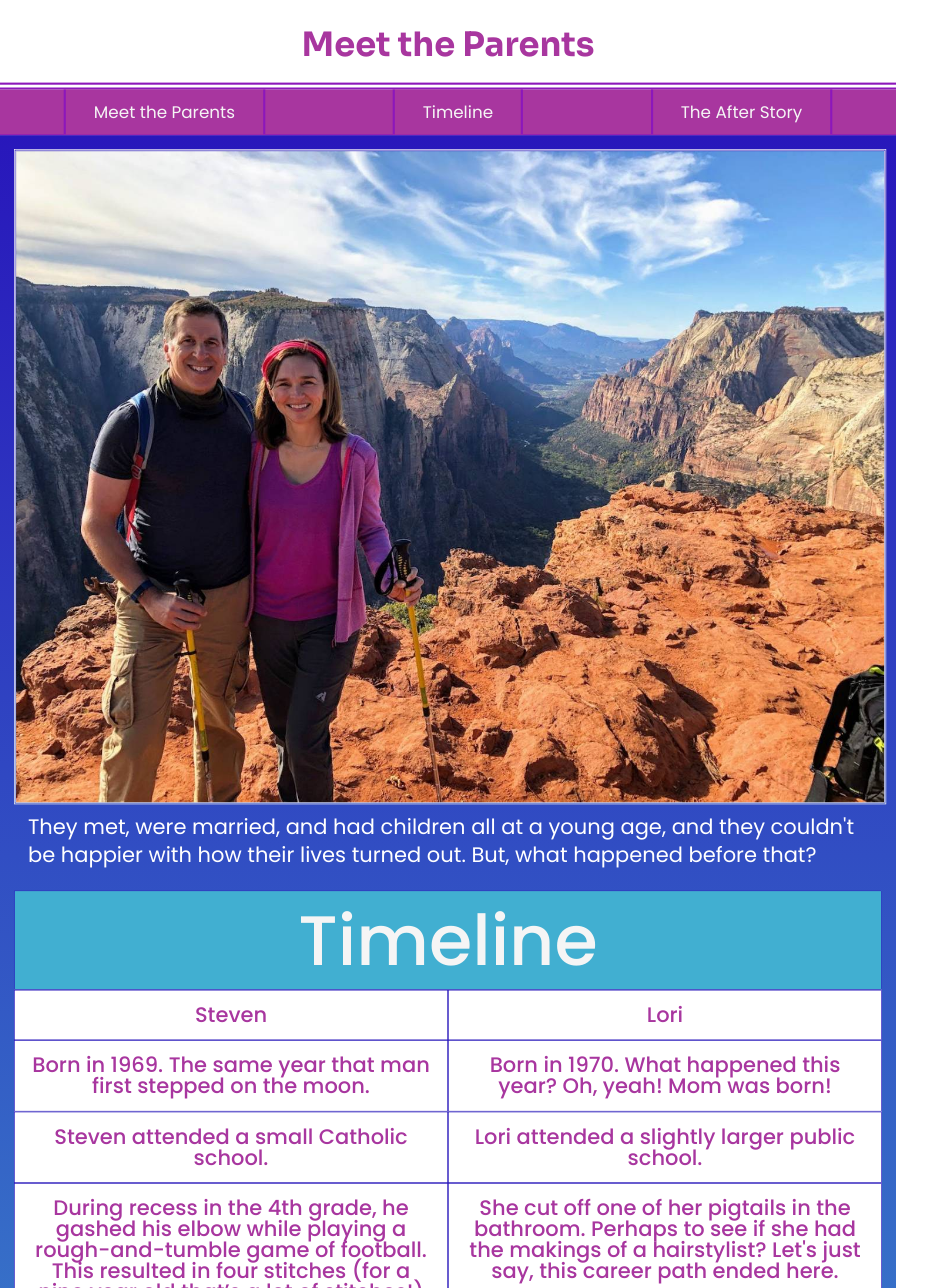
Repository: Sbethm/parents-tribute
Page: timeline.html
These files come from the project's save history. The page is drawn as it stood at one moment and after a run of saves; the edit follows.
The browser window is 1280 px wide. The page is 1282 px wide, then 1330 px, so the pictures cover 1330 px, including what lies to the right of the window. The pictures show the part of the page from y = 0 to 1840 px (the page is 3038 px tall before and 3138 px after), at 70% of full size.

Above is the page before, as saved 2021-02-15 09:41:07.

### timeline.html
<!DOCTYPE html>
<html>
    <head>
      <meta charset="UTF-8">
      <title>Meet the Parents</title>
      <meta name="description" content="A choose your own story adventure game">
      <meta name="viewport" content="width=device-width, initial-scale=1.0">
      <link rel="preconnect" href="https://fonts.gstatic.com">
      <link href="https://fonts.googleapis.com/css2?family=Poppins:ital,wght@0,400;0,500;0,600;0,700;0,800;0,900;1,400;1,500;1,600;1,700;1,800;1,900&family=Sora:wght@400;500;600;700;800&display=swap" rel="stylesheet"> <!--
        This is used for headings:
        font-family: 'Sora', sans-serif;
        This is used for content:
        font-family: 'Poppins', sans-serif;-->
      <link href="style.css" type="text/css" rel="stylesheet">
    </head>

    <body>

      <header>
        <h1>Meet the Parents</h1>
        <nav class="navigation">
          <a href="index.html">Meet the Parents</a>
          <a href="timeline.html">Timeline</a>
          <a href="aftermarriage.html">The After Story</a>
          </nav>
      </header>
      <main>
        <section>
            <img class="img-hiking"src="img/hiking.jpg" alt="Mom and dad enjoying a hike.">
            <p>They met, were married, and had children all at a young age, and they couldn't be happier with how their lives turned out. But, what happened before that?</p>
        </section>
        <div class="grid">
            <div class="grid-box tl">Timeline</div>
            <div class="grid-box dad">Steven</div>
            <div class="grid-box mom">Lori</div>
            <!---------Dad's Grid Boxes---------->
            <div class="grid-box f-1">Born in 1969. The same year that man  first stepped on the moon.</div>
            <div class="grid-box f-2">Steven attended a small Catholic school.</div>
            <div class="grid-box f-3">During recess in the 4th grade, he gashed his elbow while playing a rough-and-tumble game of football. This resulted in four stitches (for a nine year old that’s a lot of stitches!)</div>
            <div class="grid-box f-4">When he was thirteen, he camped in the backyard and stayed up all night.</div>
            <div class="grid-box f-5">He ran his first high school track meet, the 100 yard dash, and won third place. For the first track meet, that's not too shabby!</div>
            <div class="grid-box f-6">He was in a car accident, "not his fault", which lead to more stitches but this time in his forehead. Because of this, he had to sit out his senior year homecoming football game.</div>
            <div class="grid-box f-7">Having the lead role as Jesus during my high school senior year. It was the first annual Easter Passion play the school performed.</div>
            <div class="grid-box f-8">I remember a dream I had where I met a beautiful girl, at a homecoming dance, who I eventually married and we had two terrific kids who eventually married and gave me two more kids to enjoy time with.</div>
            <!---------Mom's Grid Boxes---------->
            <div class="grid-box m-1">Born in 1970. What happened this year? Oh, yeah! Mom was born!</div>
            <div class="grid-box m-2">Lori attended a slightly larger public school.</div>
            <div class="grid-box m-3">She cut off one of her pigtails in the bathroom. Perhaps to see if she had the makings of a hairstylist? Let's just say, this career path ended here.</div>
            <div class="grid-box m-4">She had skied half of a bunny slope when she realized this daredevil sport wasn't for her.</div>
            <div class="grid-box m-5">She performed the lead role in a junior high school play.</div>
            <div class="grid-box m-6">After a white knuckled horse ride in the Appalachians, she discovered that she was not meant to lead a life of adventure</div>
            <div class="grid-box m-7">made camps with her cousins in the Ritchie woods.</div>
            <div class="grid-box m-8">made camps with her cousins in the Ritchie woods.</div>
            <!--------After They Met Boxes------->
            <div class="grid-box fm-1">Met in ____ when Steven was 21 and Lori was 19 years old.</div>
            <div class="grid-box fm-2">At the age of 21, Lori gave birth to Sarah (me!).</div>
            <div class="grid-box fm-3">One year later (obviously not satisfied with their first child) Lori and Steven had their second child, a son named John.</div>
        </div>
      </main>
      <footer>
        <img class="icon" src="img/profile_icon.png" alt="profile icon">
        Sarah Moosa
        <br><br>
        <img class="icon" src="img/home_icon.png" alt="home icon">
        Meet the Parents
      </footer>
    </body>

</html>

### style.css
/*
html5doctor.com Reset Stylesheet
v1.6.1
Last Updated: 2010-09-17
Author: Richard Clark - http://richclarkdesign.com
Twitter: @rich_clark
*/

html, body, div, span, object, iframe,
h1, h2, h3, h4, h5, h6, p, blockquote, pre,
abbr, address, cite, code,
del, dfn, em, img, ins, kbd, q, samp,
small, strong, sub, sup, var,
b, i,
dl, dt, dd, ol, ul, li,
fieldset, form, label, legend,
table, caption, tbody, tfoot, thead, tr, th, td,
article, aside, canvas, details, figcaption, figure,
footer, header, hgroup, menu, nav, section, summary,
time, mark, audio, video {
    margin:0;
    padding:0;
    border:0;
    outline:0;
    font-size:100%;
    vertical-align:baseline;
    background:transparent;
}

body {
    line-height:1;
}

article,aside,details,figcaption,figure,
footer,header,hgroup,menu,nav,section {
    display:block;
}

nav ul {
    list-style:none;
}

blockquote, q {
    quotes:none;
}

blockquote:before, blockquote:after,
q:before, q:after {
    content:'';
    content:none;
}

a {
    margin:0;
    padding:0;
    font-size:100%;
    vertical-align:baseline;
    background:transparent;
}

/* change colours to suit your needs */
ins {
    background-color:#ff9;
    color:#000;
    text-decoration:none;
}

/* change colours to suit your needs */
mark {
    background-color:#ff9;
    color:#000;
    font-style:italic;
    font-weight:bold;
}

del {
    text-decoration: line-through;
}

abbr[title], dfn[title] {
    border-bottom:1px dotted;
    cursor:help;
}

table {
    border-collapse:collapse;
    border-spacing:0;
}

/* change border colour to suit your needs */
hr {
    display:block;
    height:1px;
    border:0;
    border-top:1px solid #cccccc;
    margin:1em 0;
    padding:0;
}

input, select {
    vertical-align:middle;
}

/* MY CODE BELOW */

body {
    width: 100vw;
    position: absolute;
}

main {
    width: calc(100vw - 40px);
    height: 100%;
    padding: 20px 20px;
    background-color: rgb(255, 255, 255);
}

header {
    width: 100vw;
    padding-top: 40px;
    color: rgb(168, 54, 159);
    background-color: rgb(255, 255, 255);
    display: flex;
    flex-direction: column;
    justify-content: center;
}

h1 {
    width: 100%;
    font-family: 'Sora', sans-serif;
    font-size: 3em;
    font-weight: 700;
    text-align: center;
    border-bottom: double 10px rgb(140, 23, 187);
    padding-bottom: 30px;
}

.navigation {
    width: 100%;
    background-color: rgb(168, 54, 159);
    text-align: center;
    border-bottom: solid 1px rgb(140, 23, 187);
    display: flex;
    flex-direction: row;
    justify-content: space-around;
}

a {
    padding: 20px 7px;
    background-color: rgb(168, 54, 159);
    font-family: 'Poppins', sans-serif;
    font-size: 1em;
    color: whitesmoke;
    text-decoration: none;
    border-left: solid 1px rgb(140, 23, 187);
    border-right: solid 1px rgb(140, 23, 187);
}

a:hover {
    background-color: wheat;
}

section {
    width: 100%;
    background-color: rgb(65, 175, 209);
    border: solid 1px rgb(40, 23, 187);
}

h2 {
    max-width: 100%;
    padding: 10px 20px;
    font-family: 'Sora', sans-serif;
    font-size: 1.5em;
    font-weight: 600;
    color: rgb(168, 54, 159);
}

.disney-adventure__img,
.img-sitting,
.img-hiking {
    max-width: 100%;
    height: auto;
    justify-content: center;
    align-content: center;
    border-top: solid 3px whitesmoke;
    border-bottom: solid 3px whitesmoke;
}

p {
    padding: 10px 20px;
    font-family: 'Poppins', sans-serif;
    font-size: 1em;
    line-height: 20px;
    color: rgb(255, 255, 255);
}

.grid {
    display: grid;
    margin: 20px 0;
    grid-template-columns: 1fr 1fr;
    grid-template-rows: repeat(13, fit-content);
    grid-template-areas:
        "tl tl"
        "dad mom"
        "f-1 m-1"
        "f-2 m-2"
        "f-3 m-3"
        "f-4 m-4"
        "f-5 m-5"
        "f-6 m-6"
        "f-7 m-7"
        "f-8 m-8"
        "fm-1 fm-1"
        "fm-2 fm-2"
        "fm-3 fm-3";
}

.grid-box {
    border: solid 1px rgb(40, 23, 187);
    background-color: rgb(255, 255, 255);
    padding: 5px;
    color: rgb(168, 54, 159);
    text-align: center;
    font-family: 'Poppins', sans-serif;
    font-weight: 500;
    font-size: 1em;
}

.tl {
    grid-area: tl;
    font-size: 1.5em;
    font-weight: 500;
    color: whitesmoke;
    background-color: rgb(65, 175, 209);
}
.dad {
    grid-area: dad;
}

.mom {
    grid-area: mom;
}

.f-1 {
    grid-area: f-1;
}

.f-2 {
    grid-area: f-2;

}

.f-3 {
    grid-area: f-3;

}

.f-4 {
    grid-area: f-4;

}

.f-5 {
    grid-area: f-5;

}

.f-6 {
    grid-area: f-6;

}

.f-7 {
    grid-area: f-7;

}

.f-8 {
    grid-area: f-8;

}

.m-1 {
    grid-area: m-1;
}

.m-2 {
    grid-area: m-2;
}

.m-3 {
    grid-area: m-3;
}

.m-4 {
    grid-area: m-4;
}

.m-5 {
    grid-area: m-5;
}

.m-6 {
    grid-area: m-6;
}

.m-7 {
    grid-area: m-7;
}

.m-8 {
    grid-area: m-8;
}

.fm-1 {
    grid-area: fm-1;
}

.fm-2 {
    grid-area: fm-2;
}

.fm-3 {
    grid-area: fm-3;
}

footer {
    width: calc(100vw - 40px);
    height: 100px;
    padding: 40px 20px 0 20px;
    position: relative;
    bottom: 0;
    font-family: 'Poppins', sans-serif;
    font-size: 1em;
    font-weight: 500;
    border: solid 1px rgb(40, 23, 187);
}

.icon {
    width: 20px;
    height: auto;
}


@media screen and (min-width: 700px) and (max-width: 899px) {

    main {

        background-image: linear-gradient(180deg, rgb(40, 23, 187), rgb(65, 175, 209));
    }

    a {
        padding: 20px 40px;
        font-size: 1.5em;
        border-left: solid 3px rgb(140, 23, 187);
        border-right: solid 3px rgb(140, 23, 187);
    }

    p {
        padding: 0;
        font-family: 'Poppins', sans-serif;
        font-size: 0.25em;
        line-height: 20px;
        color: rgb(255, 255, 255);
    }

    section {
        width: 100%;
        background-color: rgb(40, 23, 187, 0);
        border: none;
    }

    .section__intro {
        display: grid;
        grid-template-columns: 50% 50%;
        grid-template-rows: 100px 400px;
        grid-template-areas:
            "title p1"
            "picture p2";
    }

    section h2 {
        grid-area: title;
        align-self: center;
        justify-self: center;
    }

    h2 {
        font-size: 2.5em;
        color: rgb(243, 101, 231);
    }

    .img-sitting {
        max-height: 360px;
        margin-bottom: 20px;
        border: double 3px whitesmoke;
        grid-area: picture;
        justify-self: center;
        align-self: center;
    }

    .p1 {
        align-self: flex-start;
        grid-area: p2;
        font-size: 1.5em;
        padding-left: 40px;
    }

    .p2 {
        align-self: flex-end;
        grid-area: p2;
        font-size: 1.5em;
        padding-left: 40px;
        padding-bottom: 30px;
    }

    p {
        padding: 10px 20px;
        font-family: 'Poppins', sans-serif;
        font-size: 30px;
        line-height: 40px;
        color: rgb(255, 255, 255);
    }

/*TIMELINE CODE*/

.img-hiking {
    border: double 3px whitesmoke;
}

    .grid {
        display: grid;
        margin: 20px 0;
        grid-template-columns: 1fr 1fr;
        grid-template-rows: repeat(13, fit-content);
        grid-template-areas:
            "tl tl"
            "dad mom"
            "f-1 m-1"
            "f-2 m-2"
            "f-3 m-3"
            "f-4 m-4"
            "f-5 m-5"
            "f-6 m-6"
            "f-7 m-7"
            "f-8 m-8"
            "fm-1 fm-1"
            "fm-2 fm-2"
            "fm-3 fm-3";
    }

    .grid-box {
        border: solid 1px rgb(40, 23, 187);
        background-color: rgb(255, 255, 255);
        padding: 20px;
        color: rgb(168, 54, 159);
        text-align: center;
        font-family: 'Poppins', sans-serif;
        font-weight: 500;
        font-size: 30px;
    }

    .tl {
        grid-area: tl;
        font-size: 100px;
        font-weight: 500;
        color: whitesmoke;
        background-color: rgb(65, 175, 209);
    }
    .dad {
        grid-area: dad;
    }

    .mom {
        grid-area: mom;
    }

    .f-1 {
        grid-area: f-1;
    }

    .f-2 {
        grid-area: f-2;

    }

    .f-3 {
        grid-area: f-3;

    }

    .f-4 {
        grid-area: f-4;

    }

    .f-5 {
        grid-area: f-5;

    }

    .f-6 {
        grid-area: f-6;

    }

    .f-7 {
        grid-area: f-7;

    }

    .f-8 {
        grid-area: f-8;

    }

    .m-1 {
        grid-area: m-1;
    }

    .m-2 {
        grid-area: m-2;
    }

    .m-3 {
        grid-area: m-3;
    }

    .m-4 {
        grid-area: m-4;
    }

    .m-5 {
        grid-area: m-5;
    }

    .m-6 {
        grid-area: m-6;
    }

    .m-7 {
        grid-area: m-7;
    }

    .m-8 {
        grid-area: m-8;
    }

    .fm-1 {
        grid-area: fm-1;
    }

    .fm-2 {
        grid-area: fm-2;
    }

    .fm-3 {
        grid-area: fm-3;
    }

    footer {
        width: calc(100vw - 40px);
        height: 200px;
        padding: 40px 20px 0 20px;
        position: absolute;
        bottom: 0;
        font-family: 'Poppins', sans-serif;
        font-size: 1em;
        font-weight: 500;
        border: solid 1px rgb(40, 23, 187);
    }

    .icon {
        width: 40px;
        height: auto;
    }
}

@media screen and (min-width: 900px) and (max-width: 2000px) {

    main {
        margin: ;
        background-image: linear-gradient(180deg, rgb(40, 23, 187), rgb(65, 175, 209));
    }

    a {
        padding: 20px 40px;
        font-size: 1.5em;
        border-left: solid 3px rgb(140, 23, 187);
        border-right: solid 3px rgb(140, 23, 187);
    }

    p {
        padding: 0;
        font-family: 'Poppins', sans-serif;
        font-size: 0.25em;
        line-height: 20px;
        color: rgb(255, 255, 255);
    }

    section {
        width: 100%;
        background-color: rgb(40, 23, 187, 0);
        border: none;
    }

    .section__intro {
        display: grid;
        grid-template-columns: 50% 50%;
        grid-template-rows: 100px 400px;
        grid-template-areas:
            "title p1"
            "picture p2";
    }

    section h2 {
        grid-area: title;
        align-self: center;
        justify-self: center;
    }

    h2 {
        font-size: 2.5em;
        color: rgb(243, 101, 231);
    }

    .img-sitting {
        max-height: 360px;
        margin-bottom: 20px;
        border: double 3px whitesmoke;
        grid-area: picture;
        justify-self: center;
        align-self: center;
    }

    .p1 {
        align-self: flex-start;
        grid-area: p2;
        font-size: 1.5em;
        padding-left: 40px;
    }

    .p2 {
        align-self: flex-end;
        grid-area: p2;
        font-size: 1.5em;
        padding-left: 40px;
        padding-bottom: 30px;
    }

    p {
        padding: 10px 20px;
        font-family: 'Poppins', sans-serif;
        font-size: 30px;
        line-height: 40px;
        color: rgb(255, 255, 255);
    }

/*TIMELINE CODE*/

.img-hiking {
    border: double 3px whitesmoke;
}

    .grid {
        display: grid;
        margin: 20px 0;
        grid-template-columns: 1fr 1fr;
        grid-template-rows: repeat(13, fit-content);
        grid-template-areas:
            "tl tl"
            "dad mom"
            "f-1 m-1"
            "f-2 m-2"
            "f-3 m-3"
            "f-4 m-4"
            "f-5 m-5"
            "f-6 m-6"
            "f-7 m-7"
            "f-8 m-8"
            "fm-1 fm-1"
            "fm-2 fm-2"
            "fm-3 fm-3";
    }

    .grid-box {
        border: solid 1px rgb(40, 23, 187);
        background-color: rgb(255, 255, 255);
        padding: 20px;
        color: rgb(168, 54, 159);
        text-align: center;
        font-family: 'Poppins', sans-serif;
        font-weight: 500;
        font-size: 30px;
    }

    .tl {
        grid-area: tl;
        font-size: 100px;
        font-weight: 500;
        color: whitesmoke;
        background-color: rgb(65, 175, 209);
    }
    .dad {
        grid-area: dad;
    }

    .mom {
        grid-area: mom;
    }

    .f-1 {
        grid-area: f-1;
    }

    .f-2 {
        grid-area: f-2;

    }

    .f-3 {
        grid-area: f-3;

    }

    .f-4 {
        grid-area: f-4;

    }

    .f-5 {
        grid-area: f-5;

    }

    .f-6 {
        grid-area: f-6;

    }

    .f-7 {
        grid-area: f-7;

    }

    .f-8 {
        grid-area: f-8;

    }

    .m-1 {
        grid-area: m-1;
    }

    .m-2 {
        grid-area: m-2;
    }

    .m-3 {
        grid-area: m-3;
    }

    .m-4 {
        grid-area: m-4;
    }

    .m-5 {
        grid-area: m-5;
    }

    .m-6 {
        grid-area: m-6;
    }

    .m-7 {
        grid-area: m-7;
    }

    .m-8 {
        grid-area: m-8;
    }

    .fm-1 {
        grid-area: fm-1;
    }

    .fm-2 {
        grid-area: fm-2;
    }

    .fm-3 {
        grid-area: fm-3;
    }

    footer {
        width: calc(100vw - 40px);
        height: 200px;
        padding: 40px 20px 0 20px;
        position: absolute;
        bottom: 0;
        font-family: 'Poppins', sans-serif;
        font-size: 1em;
        font-weight: 500;
        border: solid 1px rgb(40, 23, 187);
    }

    .icon {
        width: 40px;
        height: auto;
    }
}

After the next 3 saves:
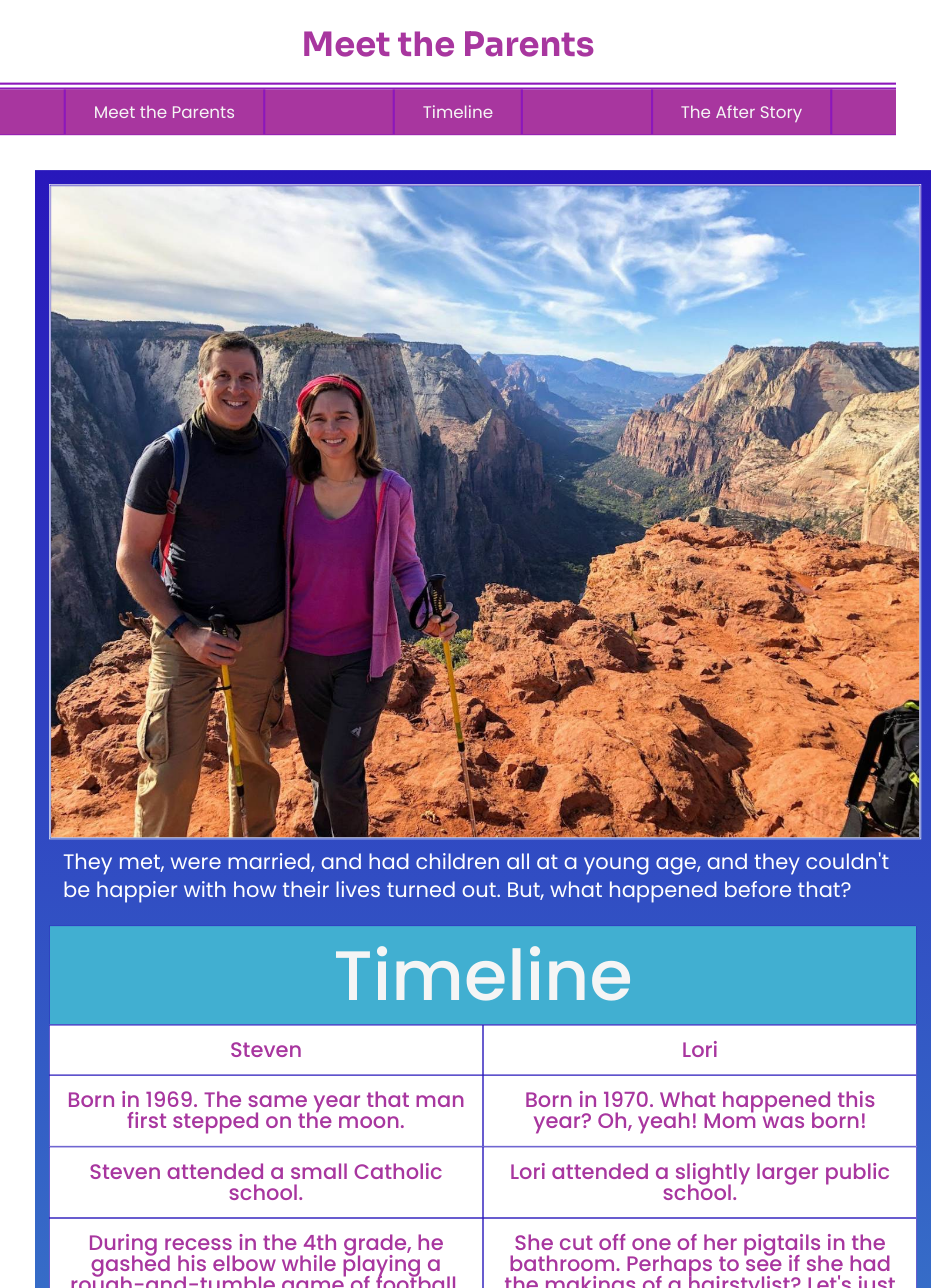
The 3 saves are shown as one change because they came seconds apart.
The last was saved 9 s later.
--- a/style.css
+++ b/style.css
@@ -579,7 +579,7 @@ footer {
 @media screen and (min-width: 900px) and (max-width: 2000px) {
 
     main {
-        margin: ;
+        margin: 50px ;
         background-image: linear-gradient(180deg, rgb(40, 23, 187), rgb(65, 175, 209));
     }
 
